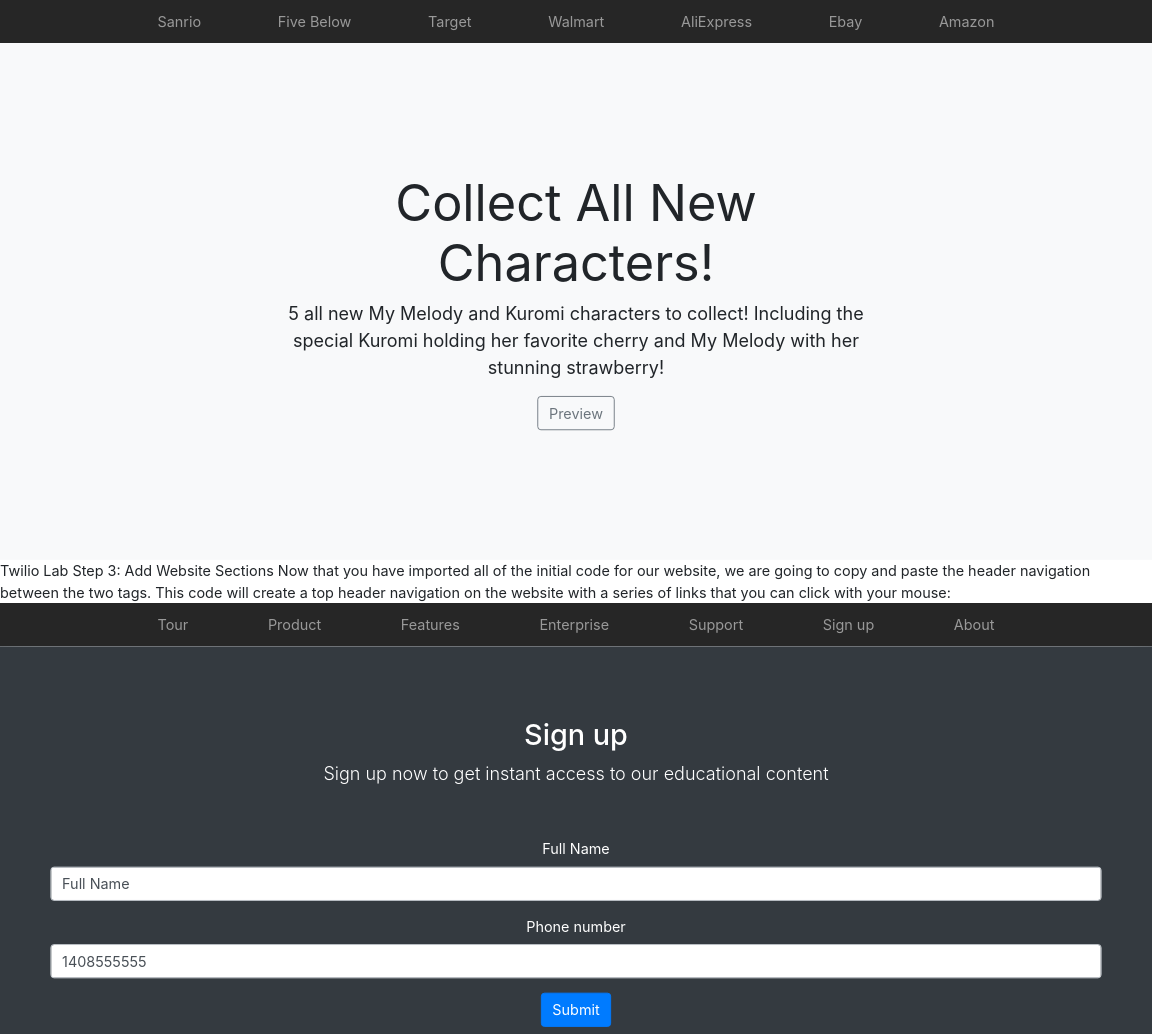
Repository: sflor132/Stephanie-Flores---Resume
Page: LearnCS8-Twilio/index.html
The author's editor kept a record of every edit. The page is drawn from the files as they stood at one moment, then again after the next edit.
The browser window is 1280 px wide. The pictures show the whole page, at 90% of full size.

Above is the page before.

### LearnCS8-Twilio/index.html
<!doctype html>
<html lang="en">
    <head>
<!-- Required meta tags -->
    <meta charset="utf-8">
    <meta name="viewport" content="width=device-width, initial-scale=1, shrink-to-fit=no">
    <meta name="description" content="New! Sanrio My Melody and Kuromi Blind Bag!">
    <meta name="author" content="862329234">

<!-- Bootstrap CSS -->
    <link rel="stylesheet" href="https://stackpath.bootstrapcdn.com/bootstrap/4.5.2/css/bootstrap.min.css" integrity="sha384-JcKb8q3iqJ61gNV9KGb8thSsNjpSL0n8PARn9HuZOnIxN0hoP+VmmDGMN5t9UJ0Z" crossorigin="anonymous">

<!-- Title of your Website -->
    <title>My Melody and Kuromi My Favorite Color Figurine Blind Bag</title>
    <link href="product.css" rel="stylesheet">
    </head>
    <body>
 <nav class="site-header sticky-top py-1">
<!-- Top Menu Bar -->
    <div class="container d-flex flex-column flex-md-row justify-content-between">
<a class="py-2 d-none d-md-inline-block" id="menu-item-1" href="https://www.sanrio.com/" target="_blank">Sanrio</a>
<a class="py-2 d-none d-md-inline-block" id="menu-item-2" href="https://www.fivebelow.com/" target="_blank">Five Below</a>
<a class="py-2 d-none d-md-inline-block" id="menu-item-3" href="https://www.target.com/?ref=tgt_adv_XS000000&AFID=google&fndsrc=tgtao&DFA=71700000012637812&CPNG=Other_Target%2BBrand%7CHoliday_Ecomm_Other&adgroup=Core+Branded+Keywords&LID=700000001170706&LNM=target&MT=e&network=g&device=c&location=9031443&targetid=kwd-19131461&gclid=CjwKCAiAlp2fBhBPEiwA2Q10D0sX5itESCcsBfUziYBOiLd9acwYX0if50r0qxtfLf_3lF_MkIZasBoClAMQAvD_BwE&gclsrc=aw.ds" target="_blank">Target</a>
<a class="py-2 d-none d-md-inline-block" id="menu-item-4" href="https://www.walmart.com/?&adid=22222222220220085369&wmlspartner=wmtlabs&wl0=e&wl1=g&wl2=c&wl3=521205638070&wl4=kwd-27665750&wl5=9031443&wl6=&wl7=&wl8=&veh=sem&gclid=CjwKCAiAlp2fBhBPEiwA2Q10D1OGuQeGEKfYCsI-Xs6Y7LBUVonzJCYbkOc5MuiOque-kUbt3iLhwxoCo7MQAvD_BwE&gclsrc=aw.ds" target="_blank">Walmart</a>
<a class="py-2 d-none d-md-inline-block" id="menu-item-5" href="https://best.aliexpress.com/?af=5bc719ad3d1c1&dp=5bc719ad3d1c1&aff_fcid=87ba963c94ab4a4a83ee74a260154144-1676171187331-09287-_AdZIyM&tt=CPS_NORMAL&aff_fsk=_AdZIyM&aff_platform=portals-promotion&sk=_AdZIyM&aff_trace_key=87ba963c94ab4a4a83ee74a260154144-1676171187331-09287-_AdZIyM&terminal_id=0928347fc537440f8bb4d05c69e2663e" target="_blank">AliExpress</a>
<a class="py-2 d-none d-md-inline-block" id="menu-item-6" href="https://www.ebay.com/">Ebay</a>
<a class="py-2 d-none d-md-inline-block" id="menu-item-7" href="https://www.amazon.com/?tag=amazusnavi-20&hvadid=381823287328&hvpos=&hvnetw=g&hvrand=10109593019199676378&hvpone=&hvptwo=&hvqmt=e&hvdev=c&hvdvcmdl=&hvlocint=&hvlocphy=9031443&hvtargid=kwd-141118230&ref=pd_sl_45vpgydmha_e&hydadcr=28883_11845442&gclid=CjwKCAiAlp2fBhBPEiwA2Q10D3d_UF0RQhgS1aEDYe2viCoxBem5WbXQs4TfQqaET11d3B3PomuZHBoCfXYQAvD_BwE" target="_blank">Amazon</a>
    </div>
</nav>
<!-- Main Header Section h1-->
<div class="position-relative overflow-hidden p-3 p-md-5 m-md-0 text-center bg-light">
    <div class="col-md-8 p-lg-5 mx-auto my-5">
<h1 class="display-4 font-weight-normal">Collect All New Characters!</h1>
<p class="lead font-weight-normal">5 all new My Melody and Kuromi characters to collect! Including the special Kuromi holding her favorite cherry and My Melody with her stunning strawberry! </p>
<a class="btn btn-outline-secondary" href="https://www.youtube.com/watch?v=onREP2cQKVI" target="_blank">Preview</a>
    </div>
</div>
Twilio Lab
Step 3: Add Website Sections
Now that you have imported all of the initial code for our website, we are going to copy and paste the header navigation between the two <body> </body> tags. This code will create a top header navigation on the website with a series of links that you can click with your mouse:

<nav class="site-header sticky-top py-1">
    <!-- Top Menu Bar -->
    <div class="container d-flex flex-column flex-md-row justify-content-between">
        <a class="py-2 d-none d-md-inline-block" id="menu-item-1" href="#">Tour</a>
        <a class="py-2 d-none d-md-inline-block" id="menu-item-2" href="#">Product</a>
        <a class="py-2 d-none d-md-inline-block" id="menu-item-3" href="#">Features</a>
        <a class="py-2 d-none d-md-inline-block" id="menu-item-4" href="#">Enterprise</a>
        <a class="py-2 d-none d-md-inline-block" id="menu-item-5" href="#">Support</a>
        <a class="py-2 d-none d-md-inline-block" id="menu-item-6" href="#">Sign up</a>
        <a class="py-2 d-none d-md-inline-block" id="menu-item-7" href="#">About</a>
    </div>
</nav>
<!-- Left Tile -->
<div class="d-md-flex flex-md-equal w-100">
    <div class="bg-dark pt-3 px-3 pt-md-5 px-md-5 text-center text-white overflow-hidden">
<div class="my-3 py-3">
<h2 class="display-5">Sign up</h2>
<p class="lead">Sign up now to get instant access to our educational content</p>
</div>
<!-- Web form when submitted will send a text message -->
<form class="p-2" onsubmit="sendTextMessage(); return false;">
<!-- Full Name Form Field -->
<div class="form-group">
<label for="example-first-name">Full Name</label>
<input type="text" value="Full Name" class="form-control" id="example-first-name" aria-describedby="emailHelp">
</div>
<!-- Phone Number Form Field -->
<div class="form-group">
<label for="example-tel-input">Phone number</label>
<input type="tel" class="form-control" value="1408555555" id="example-tel-input">
</div>
<!-- JavaScript that handles onSubmit logic -->
<!-- Configure the XHR request below with your own credentials -->
<script>
function sendTextMessage() {
console.log("Hello world!");
var xhr = new XMLHttpRequest();
var accountSID = "XXXXXXXXXXXXXXXX";
var authToken = "XXXXXXXXXXXXXXXX";
var base64encoded = accountSID + ":" + authToken;
var params = "To=" + document.getElementById('example-tel-input').value + "&From=" + "XXXXXXXXXX" + "&Body=" + "Hello " + document.getElementById('example-first-name').value + " nice job on sending your first SMS with APIs."
xhr.open("POST", "https://api.twilio.com/2010-04-01/Accounts/" + accountSID + "/Messages.json", true);
xhr.setRequestHeader('Content-Type', 'application/x-www-form-urlencoded');
 xhr.setRequestHeader('Authorization', 'Basic ' + btoa(base64encoded));
xhr.send(params);
}
    </script>
<!-- Submit button that will execute the sendTextMessage function -->
<button type="submit" class="btn btn-primary">Submit</button></form>
    </div>
    </body>
</html>

### LearnCS8-Twilio/product.css
.container {
  max-width: 960px;
}

/*
 * Custom translucent site header
 */

.site-header {
  background-color: rgba(0, 0, 0, .85);
  -webkit-backdrop-filter: saturate(180%) blur(20px);
  backdrop-filter: saturate(180%) blur(20px);
}
.site-header a {
  color: #999;
  transition: ease-in-out color .15s;
}
.site-header a:hover {
  color: #fff;
  text-decoration: none;
}

/*
 * Dummy devices (replace them with your own or something else entirely!)
 */

.product-device {
  position: absolute;
  right: 10%;
  bottom: -30%;
  width: 300px;
  height: 540px;
  background-color: #333;
  border-radius: 21px;
  -webkit-transform: rotate(30deg);
  transform: rotate(30deg);
}

.product-device::before {
  position: absolute;
  top: 10%;
  right: 10px;
  bottom: 10%;
  left: 10px;
  content: "";
  background-color: rgba(255, 255, 255, .1);
  border-radius: 5px;
}

.product-device-2 {
  top: -25%;
  right: auto;
  bottom: 0;
  left: 5%;
  background-color: #e5e5e5;
}


/*
 * Extra utilities
 */

.flex-equal > * {
  -ms-flex: 1;
  flex: 1;
}
@media (min-width: 768px) {
  .flex-md-equal > * {
    -ms-flex: 1;
    flex: 1;
  }
}

.overflow-hidden { overflow: hidden; }

After the next edit:
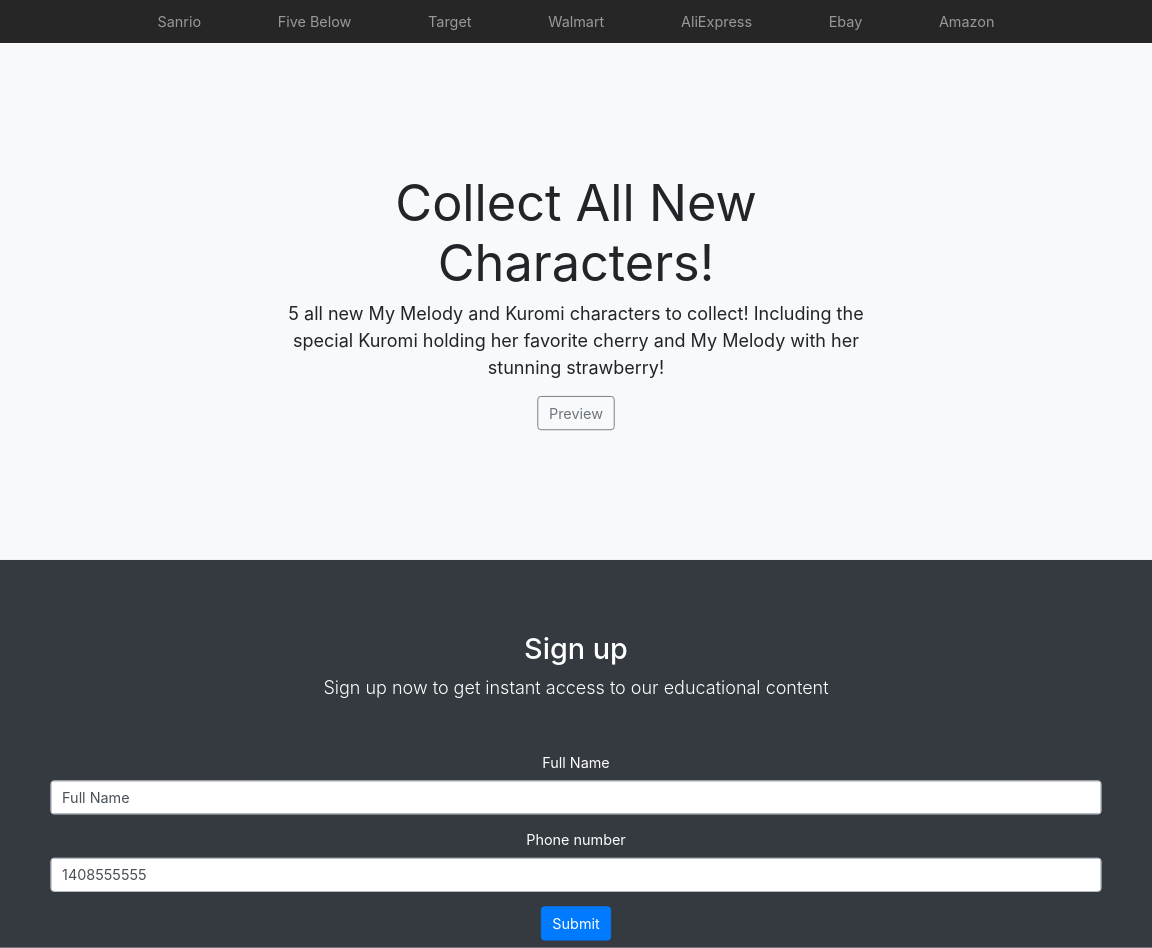
The edit:
--- a/LearnCS8-Twilio/index.html
+++ b/LearnCS8-Twilio/index.html
@@ -35,21 +35,6 @@
 <a class="btn btn-outline-secondary" href="https://www.youtube.com/watch?v=onREP2cQKVI" target="_blank">Preview</a>
     </div>
 </div>
-Twilio Lab
-Step 3: Add Website Sections
-Now that you have imported all of the initial code for our website, we are going to copy and paste the header navigation between the two <body> </body> tags. This code will create a top header navigation on the website with a series of links that you can click with your mouse:
-
-<nav class="site-header sticky-top py-1">
-    <!-- Top Menu Bar -->
-    <div class="container d-flex flex-column flex-md-row justify-content-between">
-        <a class="py-2 d-none d-md-inline-block" id="menu-item-1" href="#">Tour</a>
-        <a class="py-2 d-none d-md-inline-block" id="menu-item-2" href="#">Product</a>
-        <a class="py-2 d-none d-md-inline-block" id="menu-item-3" href="#">Features</a>
-        <a class="py-2 d-none d-md-inline-block" id="menu-item-4" href="#">Enterprise</a>
-        <a class="py-2 d-none d-md-inline-block" id="menu-item-5" href="#">Support</a>
-        <a class="py-2 d-none d-md-inline-block" id="menu-item-6" href="#">Sign up</a>
-        <a class="py-2 d-none d-md-inline-block" id="menu-item-7" href="#">About</a>
-    </div>
 </nav>
 <!-- Left Tile -->
 <div class="d-md-flex flex-md-equal w-100">
